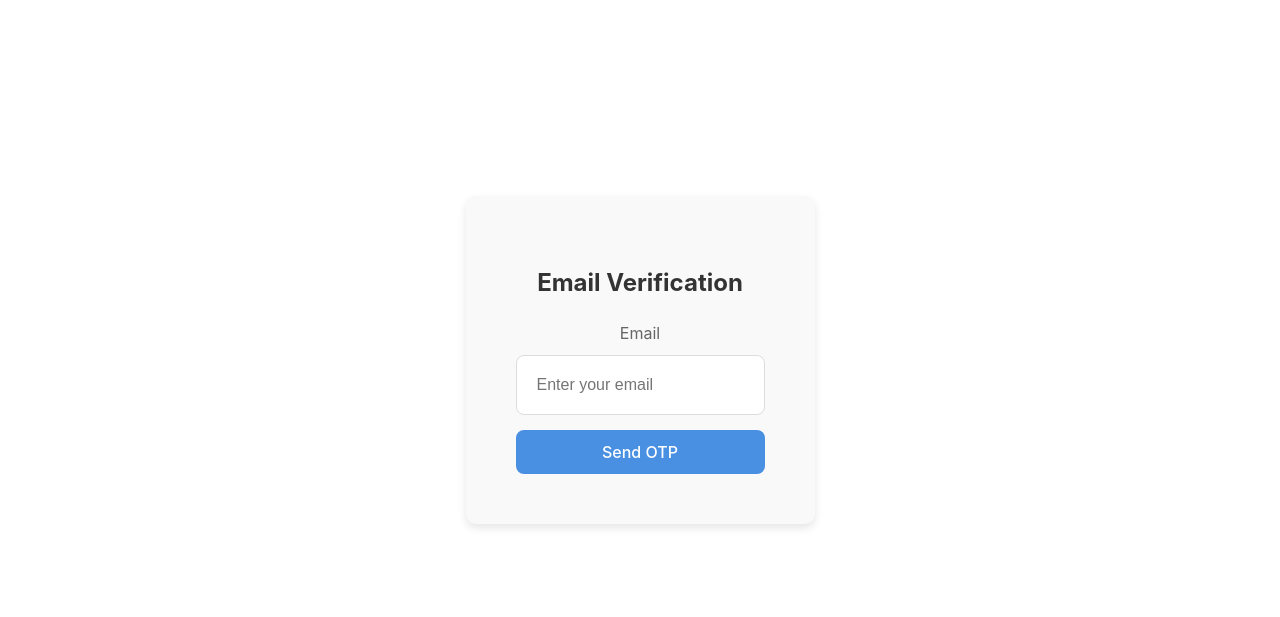
Repository: sarathraj2002/MockTest
Page: / (app in Frontend/)
The author's editor kept a copy of each file at every save. The page is drawn from the files as they stood at one save, then again after the next save.
The browser window is 1280 px wide. The pictures show the whole page.
The project was rebuilt for these pictures with package versions that can differ from the ones it lists, and the page was loaded fresh each time. Also part of the build but not shown: Frontend/vite.config.js, Frontend/src/components/Home.jsx, Frontend/src/components/Mail.jsx.

Above is the page before, as saved 2024-11-13 16:59:32.

### Frontend/index.html
<!doctype html>
<html lang="en">
  <head>
    <meta charset="UTF-8" />
    <link rel="icon" type="image/svg+xml" href="/vite.svg" />
    <meta name="viewport" content="width=device-width, initial-scale=1.0" />
    <title>MockTest</title>
  </head>
  <body>
    <div id="root"></div>
    <script type="module" src="/src/main.jsx"></script>
  </body>
</html>

### Frontend/src/main.jsx
import { StrictMode } from 'react'
import { createRoot } from 'react-dom/client'
import App from './App.jsx'
import './index.css'
import { BrowserRouter } from 'react-router-dom'


createRoot(document.getElementById('root')).render(
  <StrictMode>
     <BrowserRouter>
    <App />
    </BrowserRouter>
  </StrictMode>,
)

### Frontend/src/App.jsx
import { useState } from 'react'
import './App.css'
import Otp from './components/Otp'
import { Home } from './components/Home'
import { Route,Routes,useNavigate } from 'react-router-dom'
import Mail from './components/Mail'

function App() {
  const [email, setEmail] = useState('');
  const navigate = useNavigate();
  const handleEmailSubmit=(email)=>{
    setEmail(email);
    navigate('/check');
  }


  return (
    <>
    <Routes>
      <Route path='/' element={<Otp onEmailSubmit={handleEmailSubmit}/>}></Route>
      <Route path='/check' element={<Mail/>}></Route>
      <Route path='/home' element={<Home/>}></Route>
    </Routes>
    </>
  )
}

export default App

### Frontend/src/components/Otp.jsx
import React, { useState } from 'react';
import axios from 'axios';

function Email({ onEmailSubmit }) {
  const [email, setEmail] = useState('');
  const [otp, setOtp] = useState('');
  const [errorMessage, setErrorMessage] = useState('');
  const [otpSent, setOtpSent] = useState(false);


  const handleEmailSubmit = async (e) => {
    e.preventDefault();
    setErrorMessage('');
    try {

      const response = await axios.post('http://localhost:5000/api/send-otp', { email });
      const data = response.data;

      console.log(data);

      if (data.success) {
        setOtpSent(true);
        onEmailSubmit(email);
      } else {
        setErrorMessage('Error sending OTP. Please try again.');
      }
    } catch (error) {
      setErrorMessage('An error occurred while sending OTP.');
      console.error('Error:', error);
    }
  };


  const handleOtpSubmit = async (e) => {
    e.preventDefault();
    setErrorMessage('');
    try {
      const response = await axios.post('http://localhost:5000/api/verify-otp', { otp });
      const data = response.data;

      if (data.valid) {
        alert('OTP validated successfully!');
      } else {
        setErrorMessage(data.message || 'Invalid OTP. Please try again.');
      }
    } catch (error) {
      setErrorMessage('An error occurred while validating OTP.');
      console.error('Error:', error);
    }
  };

  return (
   <div
  style={{
    maxWidth: '500px',
    margin: 'auto',
    padding: '50px',
    textAlign: 'center',
    backgroundColor: '#f9f9f9',
    boxShadow: '0 4px 8px rgba(0, 0, 0, 0.1)',
    borderRadius: '10px',
  }}
>
  <h2 style={{ color: '#333', marginBottom: '20px' }}>Email Verification</h2>
  {!otpSent ? (
    <form onSubmit={handleEmailSubmit} style={{ display: 'flex', flexDirection: 'column' }}>
      <label htmlFor="email" style={{ marginBottom: '10px', color: '#666' }}>Email</label>
      <input
        id="email"
        type="email"
        value={email}
        onChange={(e) => setEmail(e.target.value)}
        required
        placeholder="Enter your email"
        style={{
          padding: '20px',
          marginBottom: '15px',
          borderRadius: '8px',
          border: '1px solid #ddd',
          fontSize: '16px',
        }}
      />
      <button
        type="submit"
        style={{
          padding: '12px 20px',
          backgroundColor: '#4a90e2',
          color: 'white',
          border: 'none',
          borderRadius: '8px',
          cursor: 'pointer',
          transition: 'background-color 0.3s',
        }}
        onMouseEnter={(e) => (e.target.style.backgroundColor = '#357ABD')}
        onMouseLeave={(e) => (e.target.style.backgroundColor = '#4a90e2')}
      >
        Send OTP
      </button>
      {errorMessage && (
        <p style={{ color: 'red', marginTop: '15px' }}>
          {errorMessage}
        </p>
      )}
    </form>
  ) : (
    <form onSubmit={handleOtpSubmit} style={{ display: 'flex', flexDirection: 'column' }}>
      <label htmlFor="otp" style={{ marginBottom: '10px', color: '#666' }}>Enter OTP</label>
      <input
        id="otp"
        type="text"
        value={otp}
        onChange={(e) => setOtp(e.target.value)}
        required
        placeholder="Enter OTP"
        style={{
          padding: '12px',
          marginBottom: '15px',
          borderRadius: '8px',
          border: '1px solid #ddd',
          fontSize: '16px',
        }}
      />
      <button
        type="submit"
        style={{
          padding: '12px 20px',
          backgroundColor: '#5cb85c',
          color: 'white',
          border: 'none',
          borderRadius: '8px',
          cursor: 'pointer',
          transition: 'background-color 0.3s',
        }}
        onMouseEnter={(e) => (e.target.style.backgroundColor = '#4CAE4C')}
        onMouseLeave={(e) => (e.target.style.backgroundColor = '#5cb85c')}
      >
        Validate OTP
      </button>
      {errorMessage && (
        <p style={{ color: 'red', marginTop: '15px' }}>
          {errorMessage}
        </p>
      )}
    </form>
  )}
</div>
)}
export default Email;

Loaded but not shown: Frontend/src/index.css (common file); Frontend/src/App.css (common file)

After the next save:
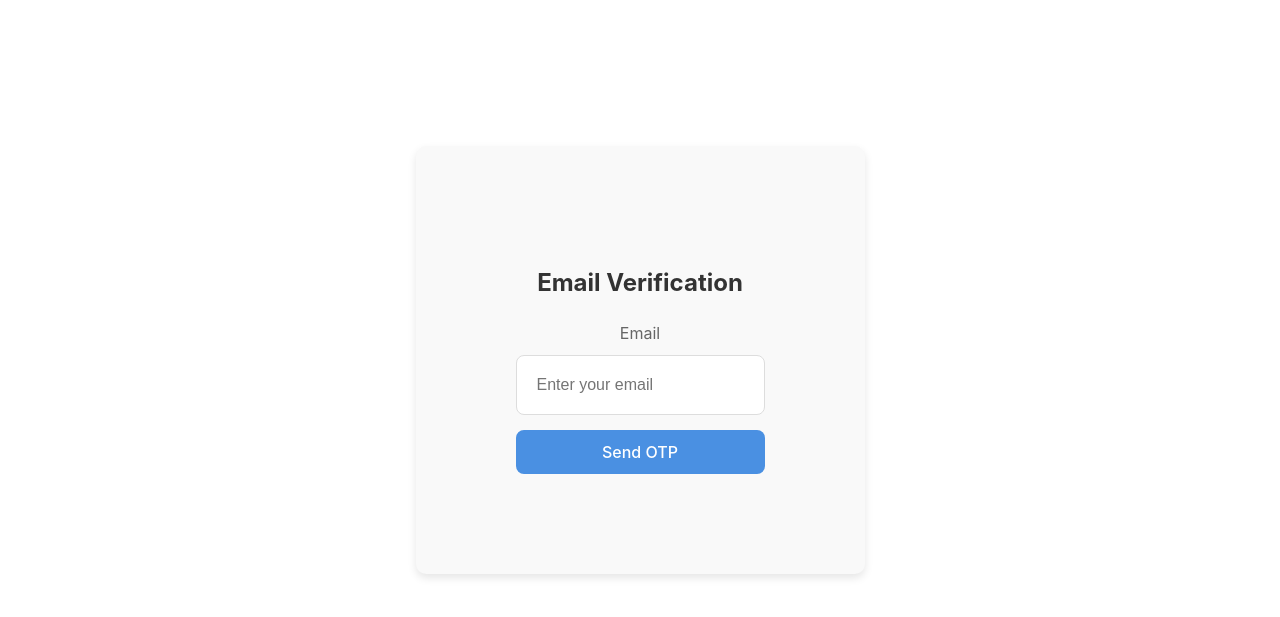
Saved 15 s later.
--- a/Frontend/src/components/Otp.jsx
+++ b/Frontend/src/components/Otp.jsx
@@ -54,7 +54,7 @@
   style={{
     maxWidth: '500px',
     margin: 'auto',
-    padding: '50px',
+    padding: '100px',
     textAlign: 'center',
     backgroundColor: '#f9f9f9',
     boxShadow: '0 4px 8px rgba(0, 0, 0, 0.1)',

After the 2 saves that followed:
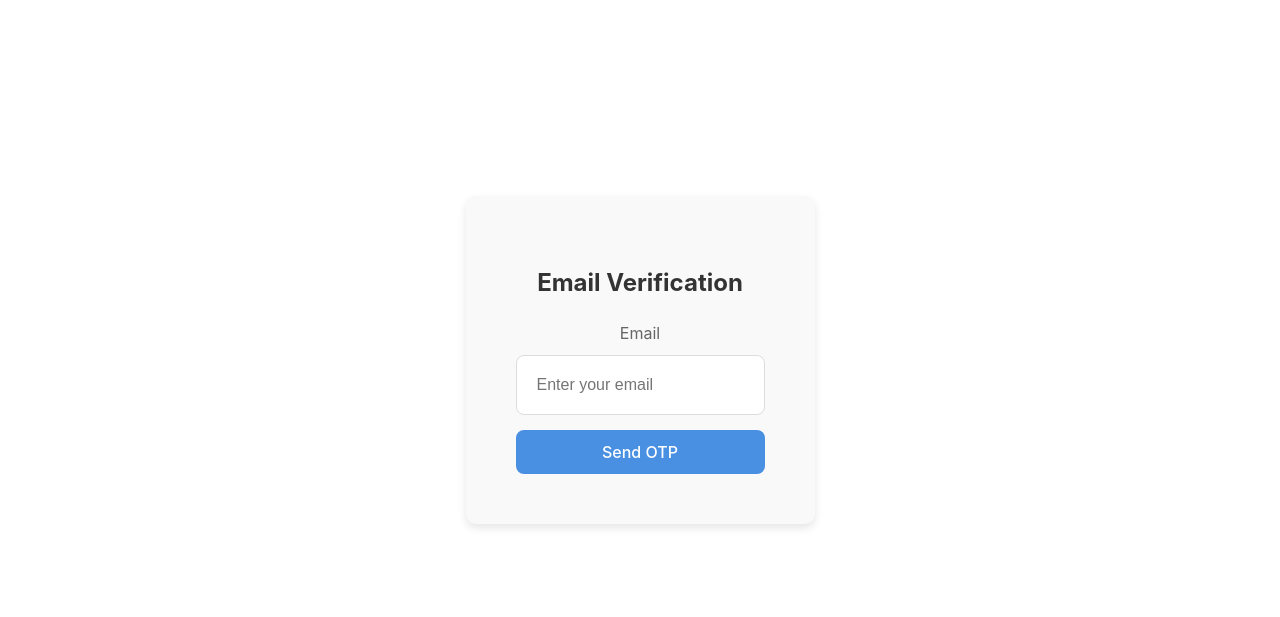
The 2 saves are shown as one change because they came seconds apart.
The last was saved 7 s later.
--- a/Frontend/src/components/Otp.jsx
+++ b/Frontend/src/components/Otp.jsx
@@ -54,7 +54,7 @@
   style={{
     maxWidth: '500px',
     margin: 'auto',
-    padding: '100px',
+    padding: '50px',
     textAlign: 'center',
     backgroundColor: '#f9f9f9',
     boxShadow: '0 4px 8px rgba(0, 0, 0, 0.1)',
